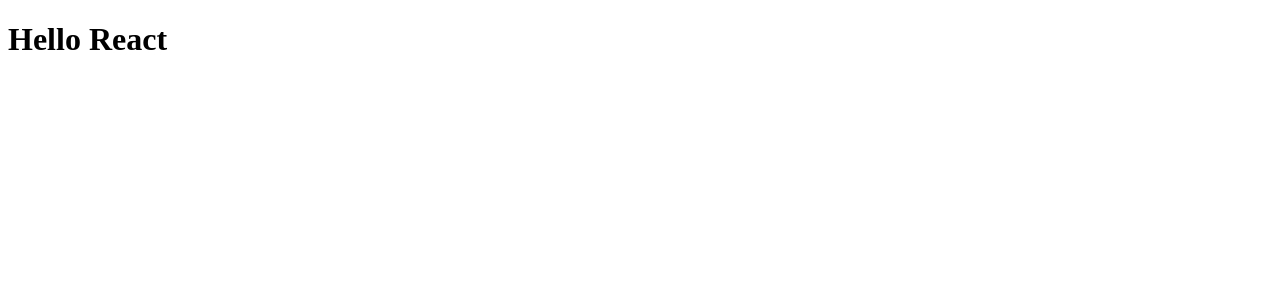
Repository: okidijimmy200/test_script
Page: /
The author's editor kept a copy of each file at every save. The page is drawn from the files as they stood at one save, then again after a run of saves.
The browser window is 1280 px wide. The pictures show the whole page.
The project was rebuilt for these pictures with package versions that can differ from the ones it lists, and the page was loaded fresh each time. Also part of the build but not shown: webpack.config.js.

Above is the page before, as saved 2022-10-01 11:03:43.

After the next 2 saves:
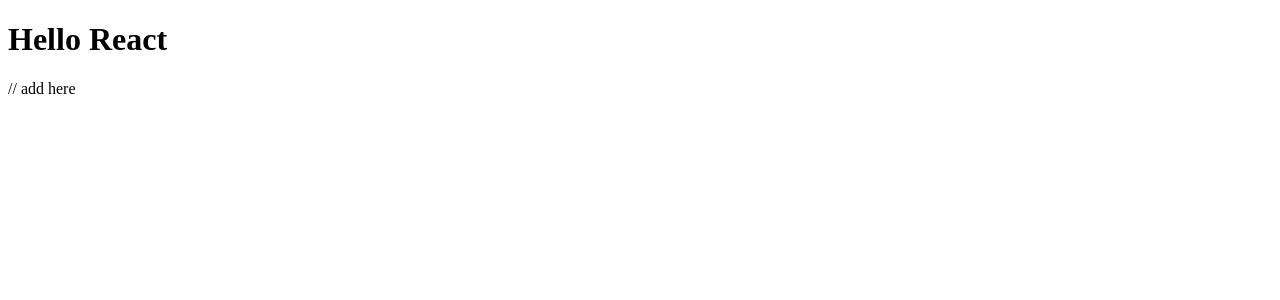
The 2 saves are shown as one change because they came seconds apart.
The last was saved 8 s later.
--- a/dist/index.html
+++ b/dist/index.html
@@ -6,7 +6,7 @@
     <title>TITLE HERE</title>
   </head>
   <body>
-    <div id="app" />                       // add here
+    <div id="app"></div>                       // add here
     <script src="./bundle.js"></script>
   </body>
 </html>

After the save that followed:
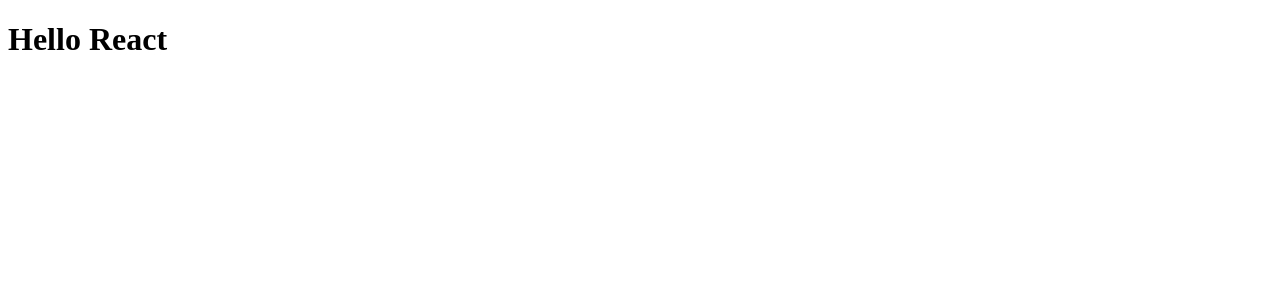
Saved 5 s later.
--- a/dist/index.html
+++ b/dist/index.html
@@ -6,7 +6,7 @@
     <title>TITLE HERE</title>
   </head>
   <body>
-    <div id="app"></div>                       // add here
+    <div id="app"></div>
     <script src="./bundle.js"></script>
   </body>
 </html>
